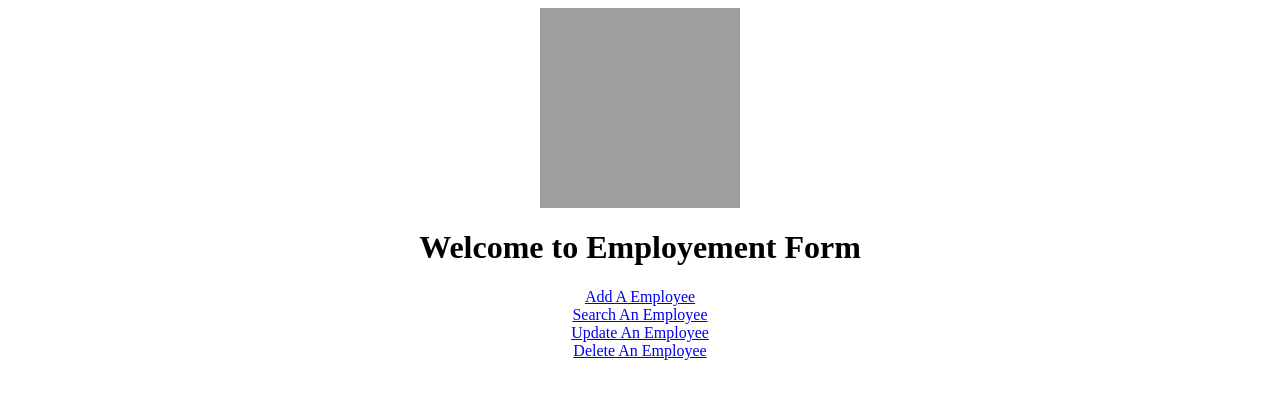
Repository: Mahaboobs/subhani1
Page: http://localhost/DreaamProject/Registration.jsp
The author's editor kept a copy of each file at every save. The page is drawn from the files as they stood at one save, then again after the next save.
The browser window is 1280 px wide. The pictures show the whole page.
Pictures or frames that could not be fetched are drawn as grey boxes. The page is served by Tomcat 9.

Above is the page before, as saved 2016-12-22 04:49:05.

After the next save:
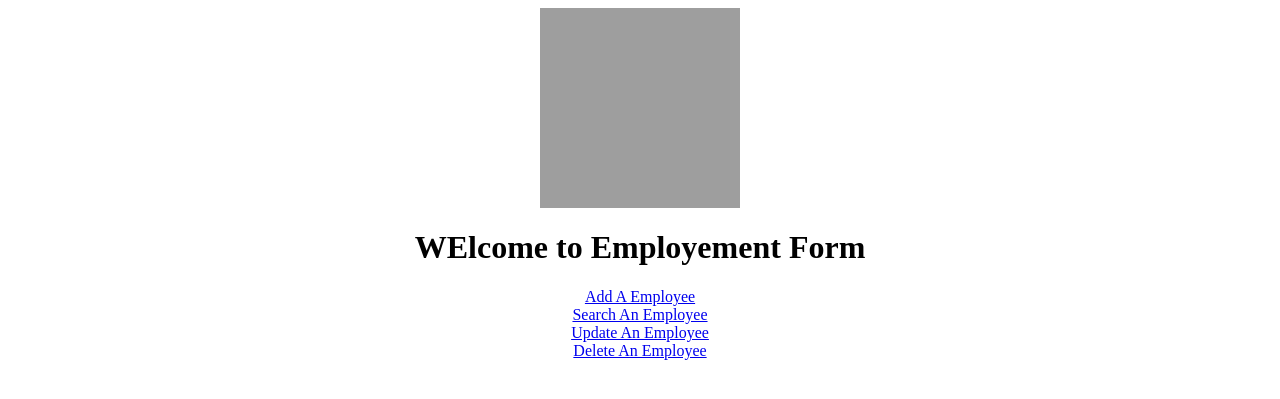
Saved 59 s later.
--- a/DreaamProject/WebContent/Registration.jsp
+++ b/DreaamProject/WebContent/Registration.jsp
@@ -9,7 +9,7 @@
 <body>
 <div align="center">
 <img src="C:\Users\dhatri123\Desktop\images.jpg"  height="200" width="200">
- <h1>Welcome to Employement Form</h1>
+ <h1>WElcome to Employement Form</h1>
 <form action="InsertServlet" method="post">
 
 
